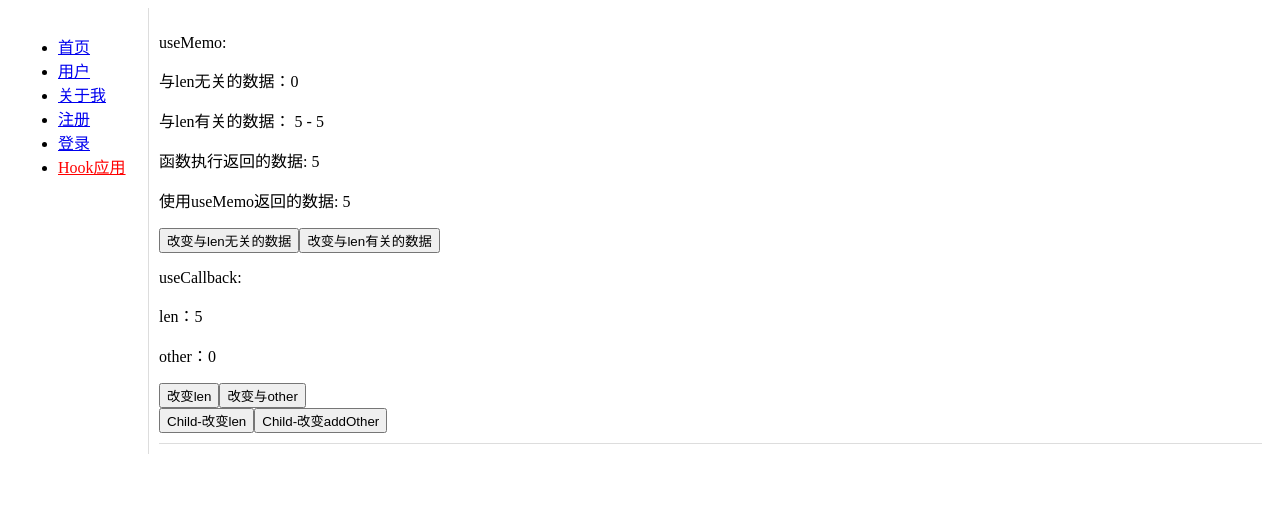
Repository: shellingfordly/js-library-Demo
Page: /hook (app in demo/react/demo/)
The author's editor kept a copy of each file at every save. The page is drawn from the files as they stood at one save, then again after the next save.
The browser window is 1280 px wide. The pictures show the whole page.
The project was rebuilt for these pictures with package versions that can differ from the ones it lists, and the page was loaded fresh each time. Also part of the build but not shown: demo/react/demo/src/views/home/components/UseReducer.js, demo/react/demo/src/views/home/components/SetTimeout.js, demo/react/demo/src/views/home/hook/context.js, demo/react/demo/src/views/home/components/context/useContext.js, demo/react/demo/src/views/home/components/context/contextType.js, demo/react/demo/src/views/home/components/context/consumer.js, demo/react/demo/src/views/home/utils/highComponent.js, demo/react/demo/src/views/home/Home.js and 12 more.

Above is the page before, as saved 2021-01-18 08:43:40.

### demo/react/demo/src/index.js
import React from 'react';
import ReactDOM from 'react-dom';
import './index.css';
import App from './App';
import reportWebVitals from './reportWebVitals';
import {BrowserRouter as Route} from 'react-router-dom'

ReactDOM.render(
  <React.StrictMode>
    <Route>
      <App />
    </Route>
  </React.StrictMode>,
  document.getElementById('root')
);

// If you want to start measuring performance in your app, pass a function
// to log results (for example: reportWebVitals(console.log))
// or send to an analytics endpoint. Learn more: https://bit.ly/CRA-vitals
reportWebVitals();

### demo/react/demo/src/App.js

import './App.scss'
import { Component } from 'react'
import { NavLink, Route, Switch, Redirect } from 'react-router-dom'
import Home from './views/home/Home'
import About from './views/about/About'
import Register from './views/Register'
import User from './views/User'
import Login from './views/Login'
import store from './store'
import { userLogout } from './store/actions'
import Hook from './views/HookComponent'

export default class App extends Component {

  state = {
    isShow: false
  }

  componentDidMount() {
    store.subscribe(() => {
      const data = store.getState()
      this.setState({ isShow: data.isLogin })
    })
  }

  logout = () => {
    store.dispatch(userLogout())
  }


  render() {

    return (
      <div className="app">
        <div className="nav">
          <ul>
            <li>
              <NavLink to='/home'>首页</NavLink>
            </li>
            <li>
          <NavLink to='/user'>用户</NavLink>
            </li>
            <li>
          <NavLink to='/about'>关于我</NavLink>
            </li>
            <li>
          <NavLink to='/register'>注册</NavLink>
            </li>
            <li>
          <NavLink to='/login'>登录</NavLink>
            </li>
            <li>
          <NavLink to='/hook'>Hook应用</NavLink>
            </li>
          </ul>

        </div>
        <div className="content">
          <Switch>
            <Route path="/home" component={Home}></Route>
            <Route path="/user" component={User}></Route>
            <Route path="/about" component={About}></Route>
            <Route path="/register" component={Register}></Route>
            <Route path="/login" component={Login}></Route>
            <Route path="/hook" component={Hook}></Route>
            <Redirect to="/login"></Redirect>
          </Switch>
        </div>
      </div>


    )
  }
};

### demo/react/demo/src/App.scss
.app {
  // width: 80%;
  margin: auto;
  display: flex;

  .nav {
    width: 120px;
    padding: 10px;
    border-right: 1px solid #ddd;

    a {
      display: inline;
      width: 100%;
    }

    .active {
      color: red;
    }
  }

  .content {
    flex:1;
    padding: 10px;
    // display: flex;
    // justify-content: space-around;

    .login {
      .label {
        display: inline-block;
        width: 70px;
      }
      .btn {
        padding-top: 10px;
        text-align: center;

        button:first-child {
          margin-right: 10px;
        }
      }
    }
  }
}

.show {
  display: block;
}
.hide {
  display: none;
}

.b-line {
  padding-bottom: 10px;
  border-bottom: 1px solid #ddd;
}

### demo/react/demo/src/store/index.js
import {createStore, applyMiddleware}  from 'redux'
import thunk from 'redux-thunk'
import  rootReducer from './combineReducer'

export default createStore(rootReducer, applyMiddleware(thunk))

### demo/react/demo/src/store/actions.js
export function saveUser(data){
  return {
    type: 'SAVE',
    data
  }
}

export function getUser(data){
  return {
    type: 'GET',
    data
  }
}

export function userLogin(){
  return {
    type: 'LOGIN',
  }
}

export function userLogout(){
  return {
    type: 'LOGOUT',
  }
}

### demo/react/demo/src/views/HookComponent/index.js

import UseMemoComponent from './components/useMemo'
import UseCallbackComponent from './components/useCallback'

export default function HookComponent() {
  return (
    <div>
      <div className="b-line">
        <p>useMemo: </p>
        <UseMemoComponent />
        <p>useCallback:</p>
        <UseCallbackComponent />
      </div>
    </div>
  )
}

### demo/react/demo/src/store/combineReducer.js
import { combineReducers } from 'redux';

import * as reducer from './reducer';


const rootReducer = combineReducers({
  ...reducer
})

export default rootReducer;

### demo/react/demo/src/views/HookComponent/components/useMemo.js
import { useMemo, useState } from 'react'

export default function UseMemoComponent() {
  let [len, setLen] = useState(5)
  let [other, setOther] = useState(0)

  const memoData = useMemo(() => {
    console.log("memoData");
    let count = 0
    for (let i = 1; i <= len; i++) {
      count++
    }
    return count
  }, [len])

  function fnData() {
    console.log("fnData");
    let count = 0
    for (let i = 1; i <= len; i++) {
      count++
    }
    return count
  }

  return (
    <div>
      <p>与len无关的数据：{other} </p>
      <p> 与len有关的数据： {fnData()} - {memoData}</p>
      <p>函数执行返回的数据: {fnData()}</p>
      <p>使用useMemo返回的数据: {memoData}</p>
      <button onClick={() => { setOther(other++) }}>改变与len无关的数据</button>
      <button onClick={() => { setLen(len++) }}>改变与len有关的数据</button>
    </div>
  )
}

### demo/react/demo/src/views/HookComponent/components/useCallback.js
import { PureComponent, useCallback, useState } from 'react'

export default function UseCallbackComponent() {
  let [len, setLen] = useState(5)
  let [other, setOther] = useState(0)

  function addLen() {
    setLen(len++)
  }

  const addOther = useCallback(() => {
    setOther(other++)
  }, [other])

  return (
    <div>
      <p>len：{len} </p>
      <p>other：{other} </p>
      <button onClick={addLen}>改变len</button>
      <button onClick={() => { setOther(len++) }}>改变与other</button>
      <LenChild  addOther={addOther} />
    </div>
  )
}

class LenChild extends PureComponent {
  render() {
    console.log("child");
    const { addLen, addOther } = this.props
    return (
      <div>
        <button onClick={addLen}>Child-改变len</button>
        <button onClick={addOther}>Child-改变addOther</button>
      </div>
    )
  }
}

class OtherChild extends PureComponent {
  render() {
    console.log("useCallback PureComponent: other");
    const {  addOther } = this.props
    return (
      <div>
        <button onClick={addOther}>Child-改变addOther</button>
      </div>
    )
  }
}

### demo/react/demo/src/store/reducer.js
const user_info = {
  username: '',
  password: '',
}

export function user(state = user_info, actions) {
  switch (actions.type) {
    case "SAVE":
      localStorage.setItem('user_info', JSON.stringify(actions.data))
      return { status: true, msg: '登录成功！' }
    case "GET":
      const hasUser = localStorage.getItem('user_info')
      if (hasUser) return { status: true, data: user, msg: '已登录！' }
      else return { status: false, msg: '未登录！' }
    default: return state
  }
}


export function isLogin(state = false, actions) {
  const hasUser = localStorage.getItem('user_info')
  switch (actions.type) {
    case "LOGIN":
      if (hasUser) return true
      else return false
    case "LOGOUT":
      if (hasUser) localStorage.removeItem('user_info')
      return false
    default: return state
  }
}

Loaded but not shown: demo/react/demo/public/index.html (common file); demo/react/demo/src/reportWebVitals.js (common file); demo/react/demo/src/index.css (no stored copy; drawn as an empty file)

After the next save:
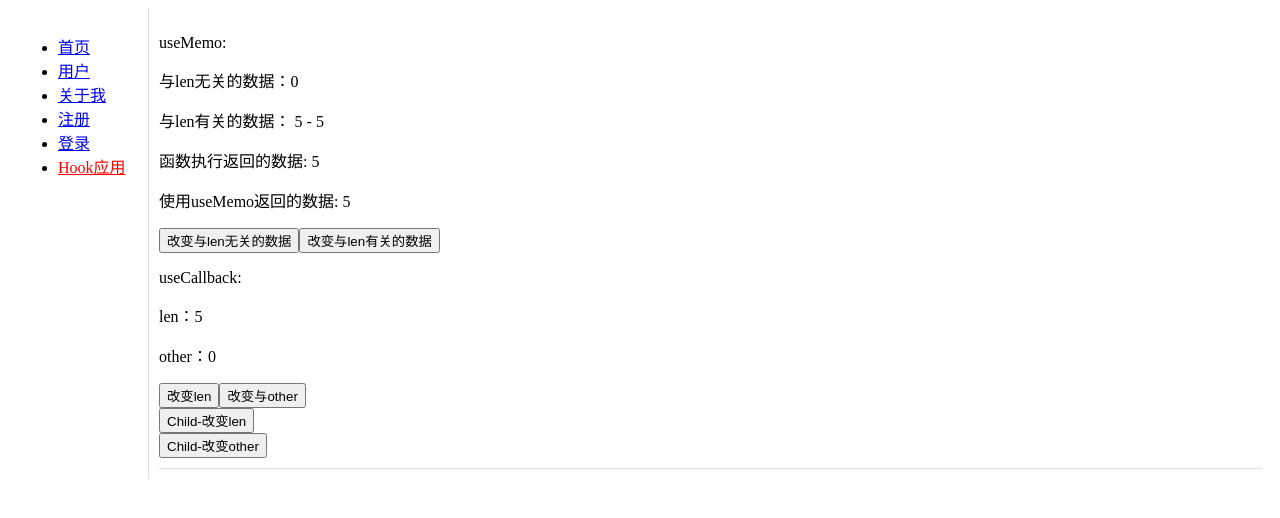
Saved 65 s later.
--- a/demo/react/demo/src/views/HookComponent/components/useCallback.js
+++ b/demo/react/demo/src/views/HookComponent/components/useCallback.js
@@ -1,4 +1,4 @@
-import { PureComponent, useCallback, useState } from 'react'
+import { Component, PureComponent, useCallback, useState } from 'react'
 
 export default function UseCallbackComponent() {
   let [len, setLen] = useState(5)
@@ -18,19 +18,19 @@ export default function UseCallbackComponent() {
       <p>other：{other} </p>
       <button onClick={addLen}>改变len</button>
       <button onClick={() => { setOther(len++) }}>改变与other</button>
-      <LenChild  addOther={addOther} />
+      <LenChild addLen={addLen} />
+      <OtherChild addOther={addOther} />
     </div>
   )
 }
 
-class LenChild extends PureComponent {
+class LenChild extends Component {
   render() {
-    console.log("child");
-    const { addLen, addOther } = this.props
+    console.log("未适应useCallback-关联len");
+    const { addLen } = this.props
     return (
       <div>
         <button onClick={addLen}>Child-改变len</button>
-        <button onClick={addOther}>Child-改变addOther</button>
       </div>
     )
   }
@@ -39,10 +39,10 @@ class LenChild extends PureComponent {
 class OtherChild extends PureComponent {
   render() {
     console.log("useCallback PureComponent: other");
-    const {  addOther } = this.props
+    const { addOther } = this.props
     return (
       <div>
-        <button onClick={addOther}>Child-改变addOther</button>
+        <button onClick={addOther}>Child-改变other</button>
       </div>
     )
   }
